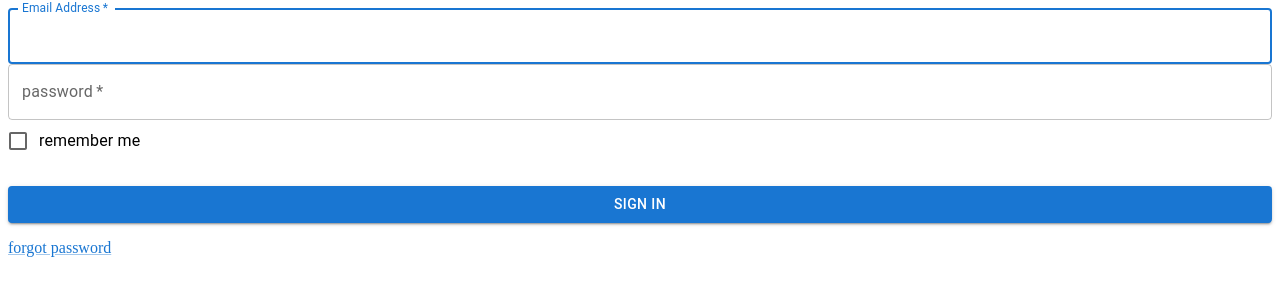
Repository: chlwpdnswku/nextjsportpolioclone
Page: /
The author's editor kept a copy of each file at every save. The page is drawn from the files as they stood at one save, then again after the next save.
The browser window is 1280 px wide. The pictures show the whole page.
The project was rebuilt for these pictures with package versions that can differ from the ones it lists, and the page was loaded fresh each time. The framework's server and built-in components were replaced by stand-ins that run in the browser. Also part of the build but not shown: next.config.js.

Above is the page before, as saved 2022-08-05 16:52:27.

After the next save:
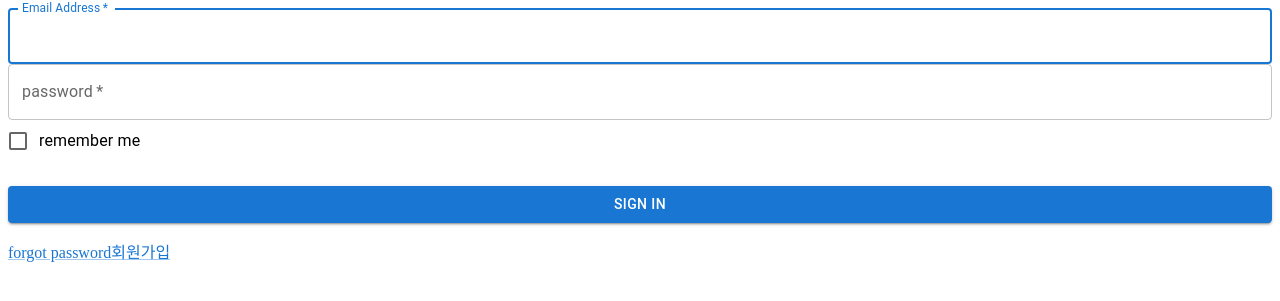
Saved 8 s later.
--- a/pages/index.tsx
+++ b/pages/index.tsx
@@ -43,7 +43,7 @@ const Home: NextPage = () => {
         SIGN IN
       </Button>
       <Link href='#'>forgot password</Link>
-      <Link href='#'></Link>
+      <Link href='#'>회원가입</Link>
     </>
   );
 };
